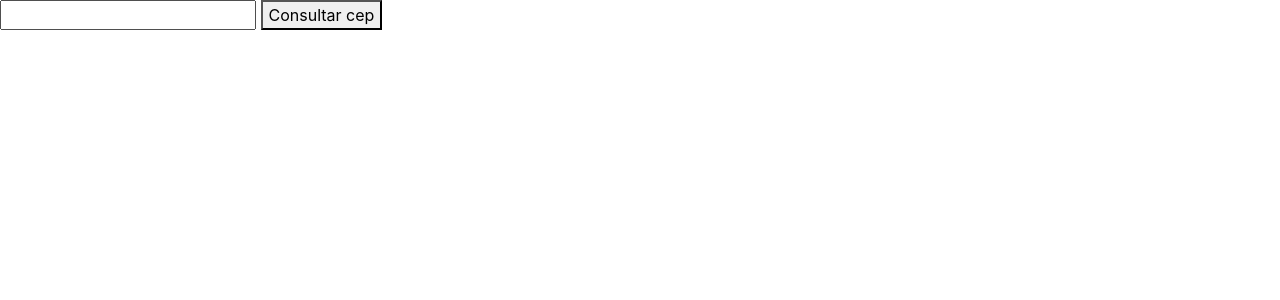
Repository: DaniloBaracho/jquery
Page: index.html
These files come from the project's save history. The page is drawn as it stood at one moment and after the next save; the edit follows.
The browser window is 1280 px wide. The pictures show the whole page.

Above is the page before, as saved 2020-06-19 17:39:15.

### index.html
<!DOCTYPE html>
<html lang="pt-br">
    <head>
        <meta charset="utf-8"/>
        <title>
            Página AJAX
        </title>
        <script type="text/javascript" src="js/jquery-3.5.1.min.js"></script>
        <script type="text/javascript" src="js/main.js"></script>
        <link rel="stylesheet" type="text/css" href="bootstrap/css/bootstrap.min.css">
    </head>
    <body>
        <input id="cep">
        <button type="button" onclick="ConsultaCep()">Consultar cep</button>
        <p id="logradouro"></p>
        <p id="bairro"></p>
        <p id="uf"></p>
        <p id="localidade"></p>
    </body>
</html>

### js/main.js
//alert("funcionou");
function ConsultaCep(){
    var cep= document.getElementById("cep").value
    $.ajax({
        url:"https://viacep.com.br/ws/"+cep+"/json/",
        type: GET,
        success: function(response){
            console.log(response);
            //alert(response.logradouro);
            $("#logradouro").html(response.logradouro);
            //document.getElementById("logradouro").innerHTML = response.logradouro;
            document.getElementById("bairro").innerHTML = response.bairro;
            document.getElementById("uf").innerHTML = response.uf;
            document.getElementById("localidade").innerHTML = response.localidade;
        }
    })
}

Loaded but not shown: js/jquery-3.5.1.min.js (library); bootstrap/css/bootstrap.min.css (library)

After the next save:
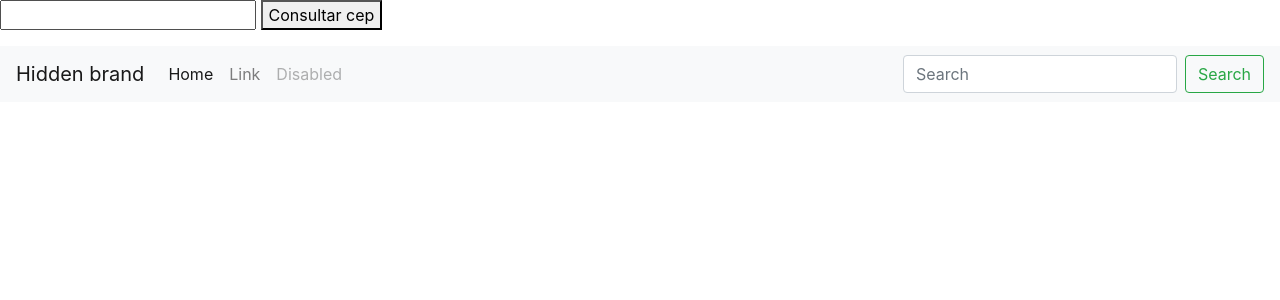
Saved 2 min 4 s later.
--- a/index.html
+++ b/index.html
@@ -16,5 +16,28 @@
         <p id="bairro"></p>
         <p id="uf"></p>
         <p id="localidade"></p>
+        <nav class="navbar navbar-expand-lg navbar-light bg-light">
+            <button class="navbar-toggler" type="button" data-toggle="collapse" data-target="#navbarTogglerDemo01" aria-controls="navbarTogglerDemo01" aria-expanded="false" aria-label="Toggle navigation">
+              <span class="navbar-toggler-icon"></span>
+            </button>
+            <div class="collapse navbar-collapse" id="navbarTogglerDemo01">
+              <a class="navbar-brand" href="#">Hidden brand</a>
+              <ul class="navbar-nav mr-auto mt-2 mt-lg-0">
+                <li class="nav-item active">
+                  <a class="nav-link" href="#">Home <span class="sr-only">(current)</span></a>
+                </li>
+                <li class="nav-item">
+                  <a class="nav-link" href="#">Link</a>
+                </li>
+                <li class="nav-item">
+                  <a class="nav-link disabled" href="#" tabindex="-1" aria-disabled="true">Disabled</a>
+                </li>
+              </ul>
+              <form class="form-inline my-2 my-lg-0">
+                <input class="form-control mr-sm-2" type="search" placeholder="Search" aria-label="Search">
+                <button class="btn btn-outline-success my-2 my-sm-0" type="submit">Search</button>
+              </form>
+            </div>
+          </nav>
     </body>
 </html>
